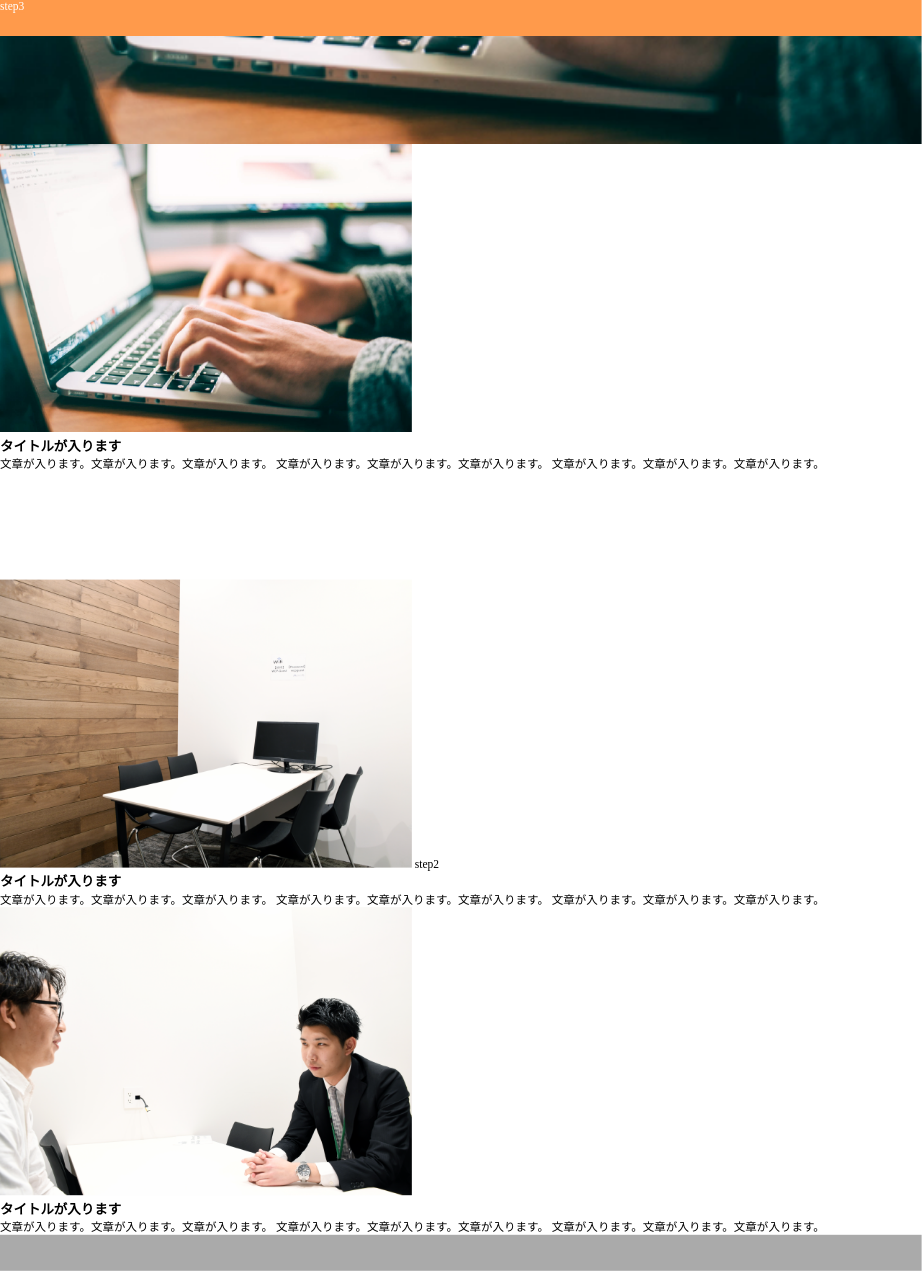
Repository: eyaonu/application2
Page: chapter9/answer9.html
The author's editor kept a record of every edit. The page is drawn from the files as they stood at one moment, then again after the next edit.
The browser window is 1280 px wide. The pictures show the whole page, at 72% of full size.

Above is the page before.

After the next edit:
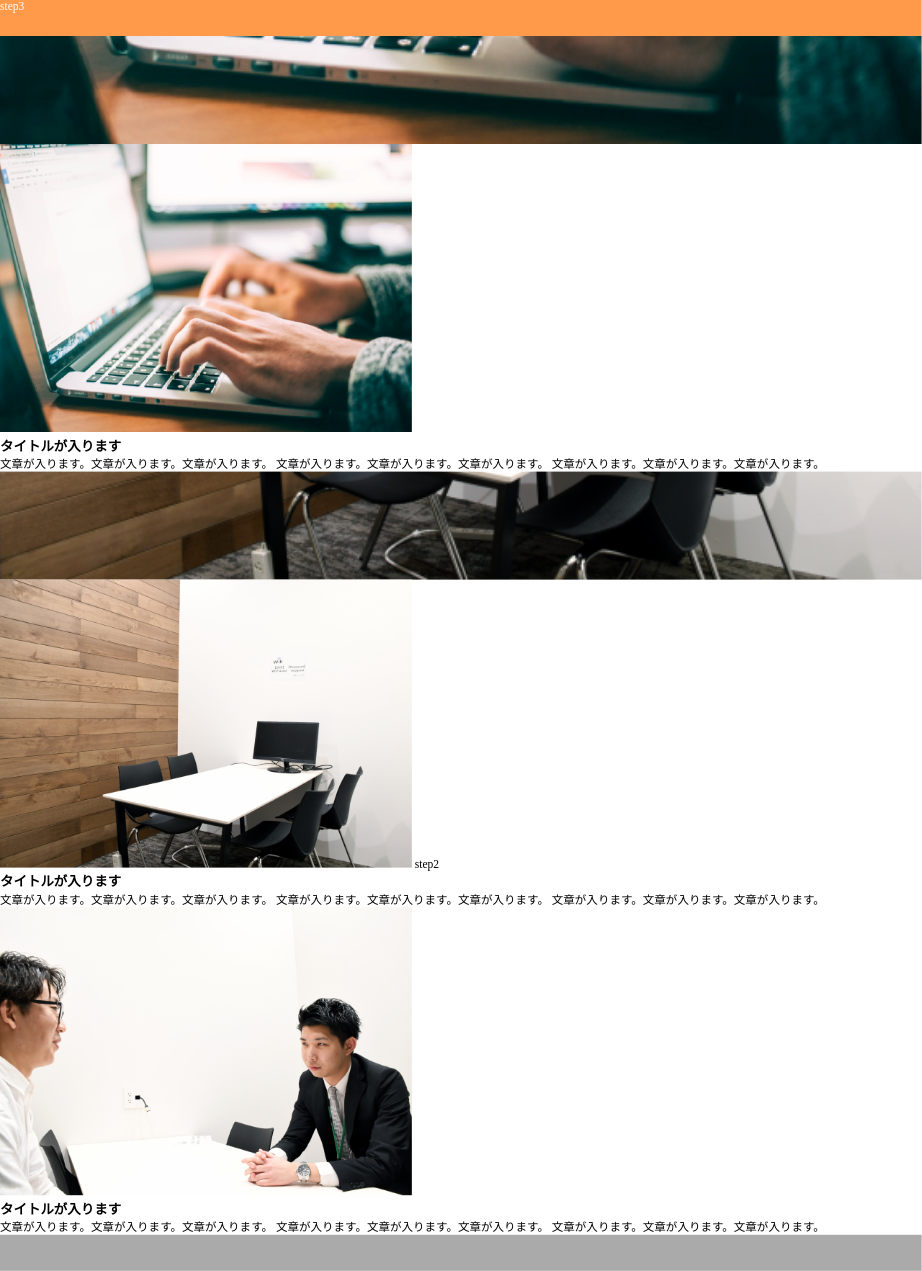
The edit:
--- a/chapter9/style9.css
+++ b/chapter9/style9.css
@@ -41,7 +41,7 @@
 
 .step-img2 {
   height: 150px;
-  /*background-image: url(img/flow02.png);*/
+  background-image: url(img/flow02.png);
   background-position: bottom;
   background-size: cover;
 }
